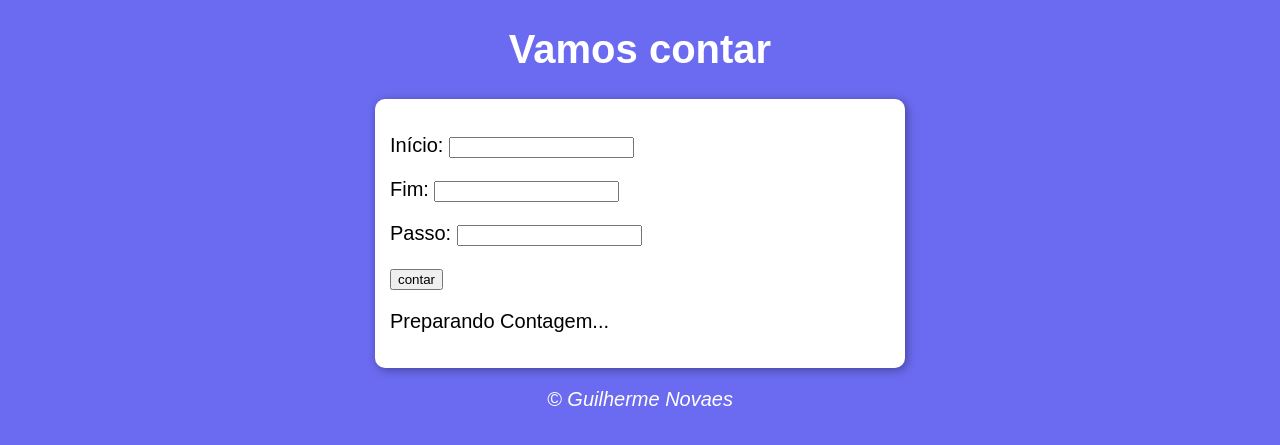
Repository: Guilherme-RNovaes/JavaScript-Curso
Page: Aula 14ex/ex016/index.html
The author's editor kept a copy of each file at every save. The page is drawn from the files as they stood at one save, then again after the next save.
The browser window is 1280 px wide. The pictures show the whole page.

Above is the page before, as saved 2022-09-07 11:05:56.
Console error: SyntaxError: Invalid destructuring assignment target

After the next save:
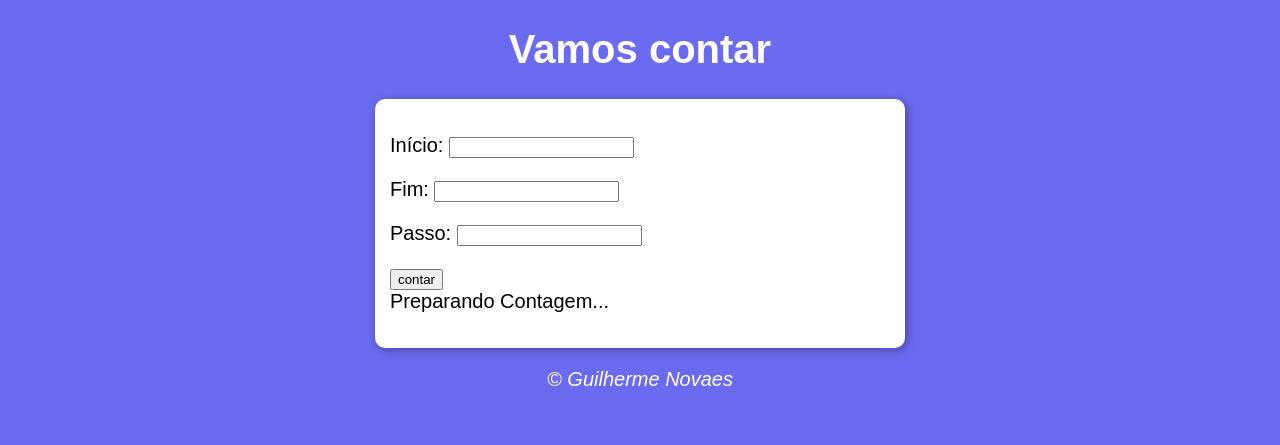
Saved 7 s later.
--- a/Aula 14ex/ex016/index.html
+++ b/Aula 14ex/ex016/index.html
@@ -19,7 +19,7 @@
             <input type="button" value="contar" onclick="calcular()">
         </div>
         <div id="res">
-            <p class="res">Preparando Contagem...</p>
+            Preparando Contagem...</p>
         </div>
     </section>
     <footer>
